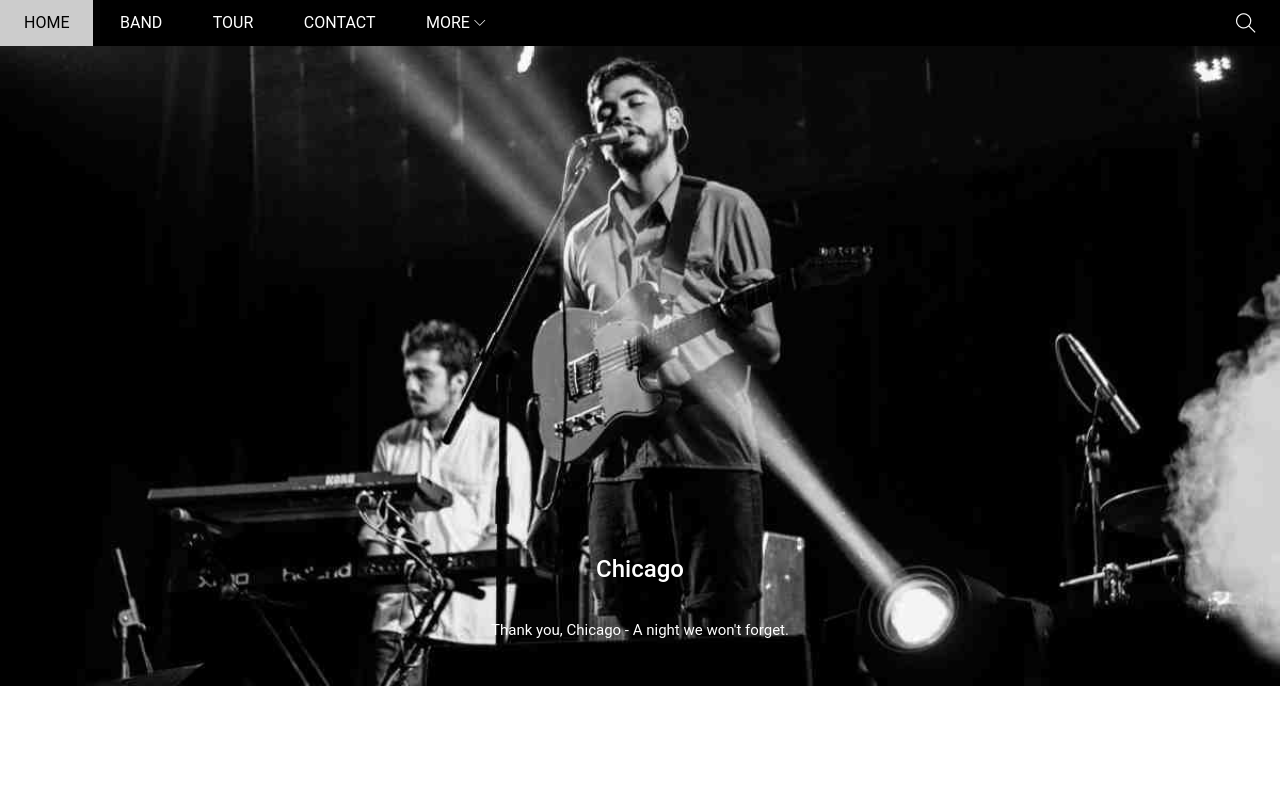
Repository: vuongld315/myLandingPage
Page: index.html
These files come from the project's save history. The page is drawn as it stood at one moment and after the next save; the edit follows.
The browser window is 1280 px wide. The pictures show the whole page.

Above is the page before, as saved 2022-07-22 13:10:55.

After the next save:
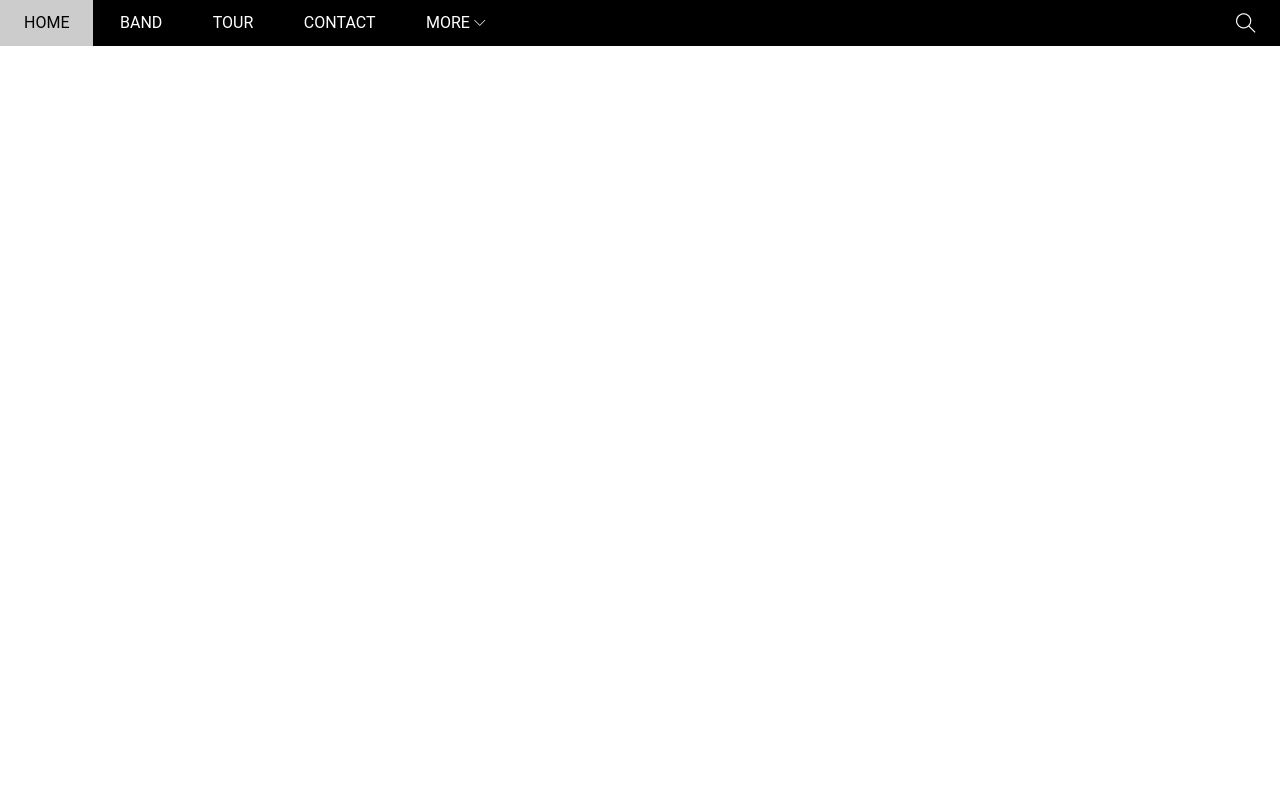
Saved 12 min 9 s later.
--- a/assets/css/main.css
+++ b/assets/css/main.css
@@ -121,7 +121,7 @@
     justify-content: center;
     margin-top: 46px;
     padding-top: 50%;
-    background: url('/assets/img/slider1.jpg') top center / cover no-repeat;
+    background: url('/assets/img/slider1.jpg') top center cover no-repeat;
     position: relative;
 }
 

After the save that followed:
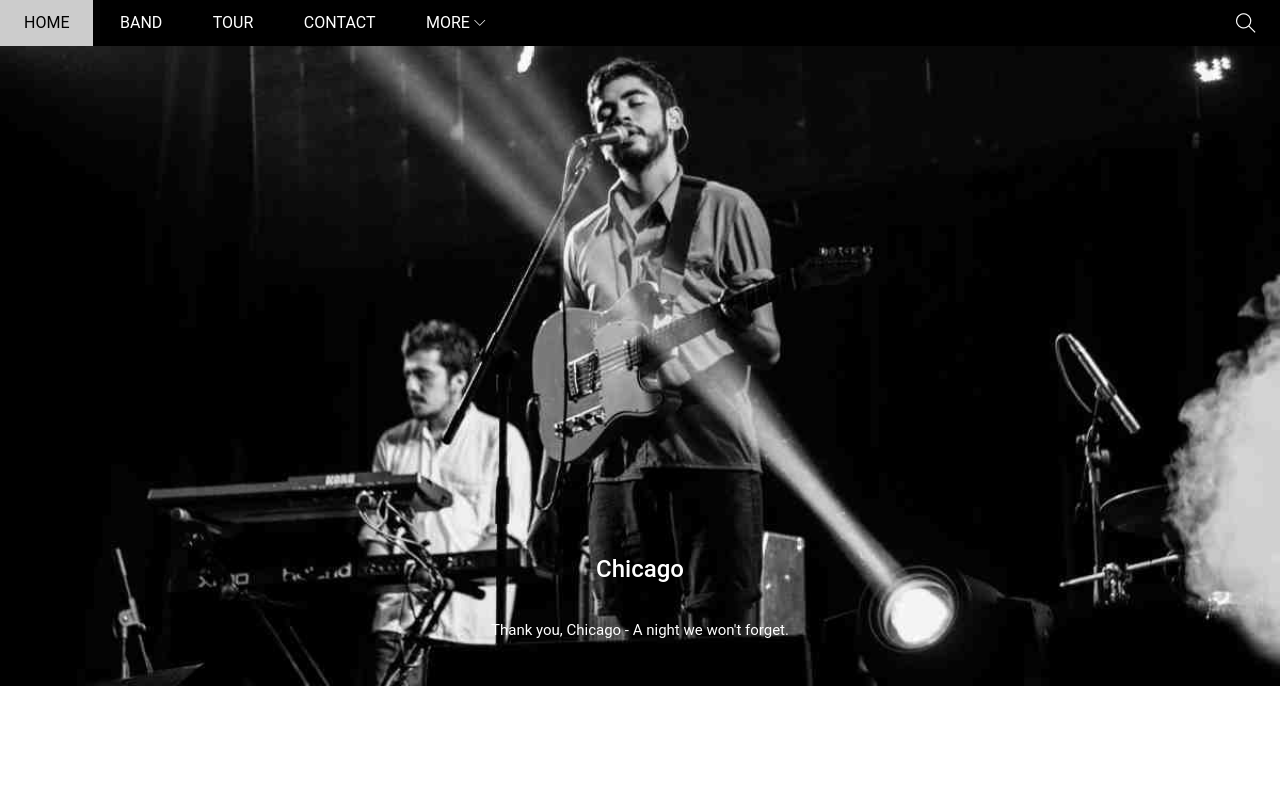
Saved 9 s later.
--- a/assets/css/main.css
+++ b/assets/css/main.css
@@ -121,7 +121,7 @@
     justify-content: center;
     margin-top: 46px;
     padding-top: 50%;
-    background: url('/assets/img/slider1.jpg') top center cover no-repeat;
+    background: url('/assets/img/slider1.jpg') top center / cover no-repeat;
     position: relative;
 }
 
